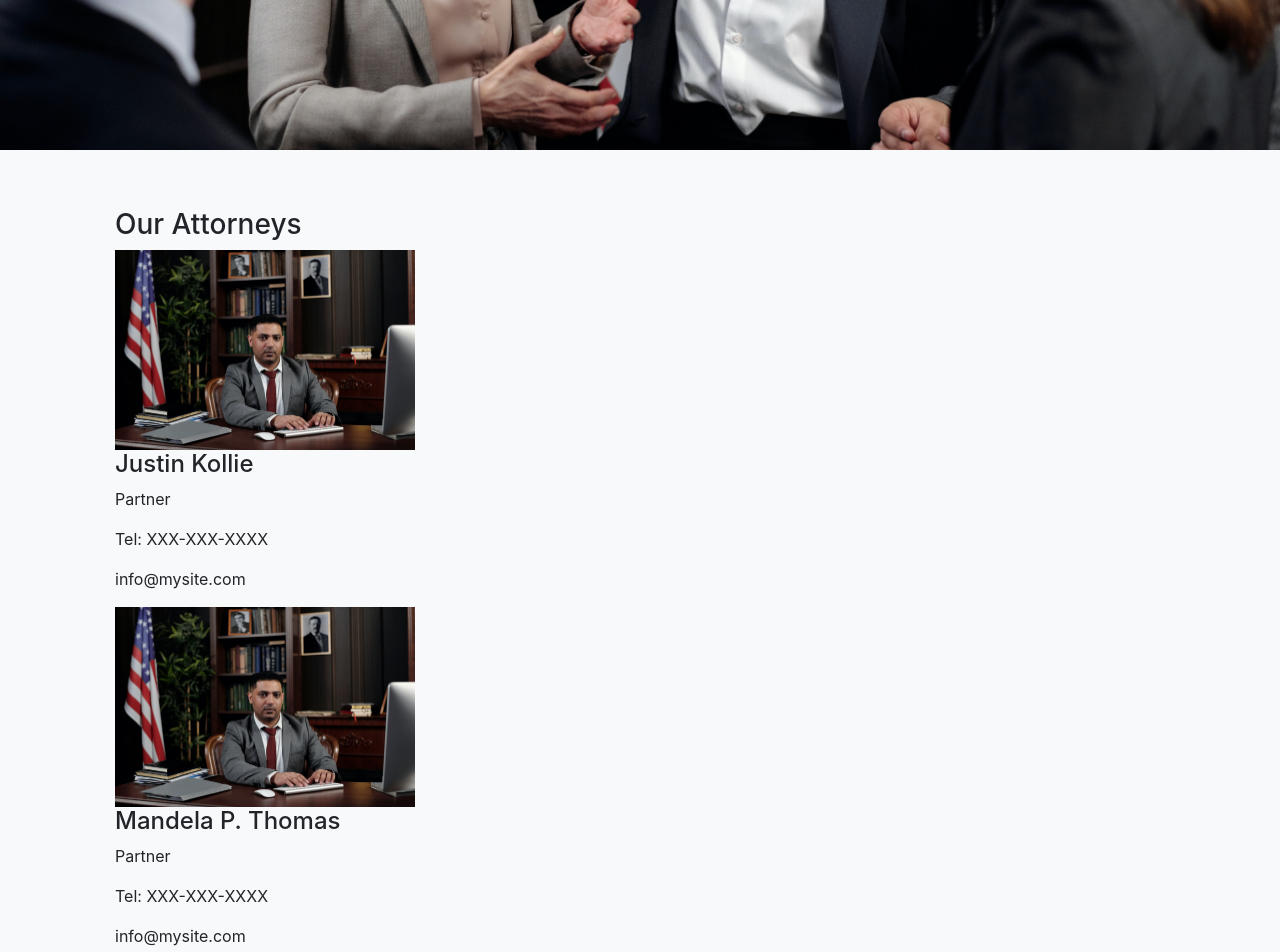
Repository: just-mann/kolllie-kolliellp
Page: index.html
The author's editor kept a copy of each file at every save. The page is drawn from the files as they stood at one save, then again after the next save.
The browser window is 1280 px wide. The pictures show the part of the page from y = 2422 to 3374 px (the page is 5482 px tall before and 5349 px after).
Backgrounds fixed to the window are drawn as part of the page.

Above is the page before, as saved 2021-06-02 05:23:47.

### index.html
<!DOCTYPE html>
<html lang="en">
<head>
    <meta charset="UTF-8">
    <meta name="viewport" content="width=device-width, initial-scale=1.0">
    <meta http-equiv="X-UA-Compatible" content="ie=edge">
    <meta name="Description" content="Enter your description here"/>
    <!-- Font Awesome Icons -->
    <link rel="stylesheet" href="https://cdnjs.cloudflare.com/ajax/libs/font-awesome/5.15.3/css/all.min.css" referrerpolicy="no-referrer" />
    <link rel="stylesheet" href="https://cdnjs.cloudflare.com/ajax/libs/twitter-bootstrap/4.6.0/css/bootstrap.min.css">
    <link rel="stylesheet" href="https://cdnjs.cloudflare.com/ajax/libs/font-awesome/5.15.2/css/all.min.css">
    <link rel="stylesheet" href="assets/css/utilities.css">
    <link rel="stylesheet" href="assets/css/style.css">
    <title>Kollie & Thomas LLP</title>
</head>
<body>
    <nav class="myNavbar px-2 bg-light shadow">
        <div class="myContainer">
            <a href="#" class="myLogo"><h3>Kollie & Thomas LLP</h3></a>
            <div class="links">
                <a href="#">Home</a>
                <a href="#practiceArea">Practice Areas</a>
                <a href="#ourVision">Our Vision</a>
                <a href="#ourAttorneys">Attorneys</a>
                <a href="#contact">Contact</a>
            </div>
            <i class="fas fa-bars fa-1x toggleBar"></i>
        </div>
    </nav>
    <section class="heroSection">
        <div class="myContainer">
            <h3><span>Boutique</span>Law Firm</h3>
            <p>Specializing in Commercial Law & Litigation, Insolvency & Fraud</p>
        </div>
    </section>
    <section class="practiceArea py-5 px-4 bg-light" id="practiceArea">
        <div class="myContainer py-5">
            <div class="practiceArreaDiv p-4">
                <div class="left__side px-3 py-4">
                    <h3><span>Practice</span> Areas</h3>
                </div>
                <div class="right__side px-3 py-4">
                    <ul>
                        <div class="left px-3">
                            <li><h4>Litigation</h4></li>
                            <p>Lorem ipsum dolor sit amet consectetur adipisicing elit. Accusamus cumque iusto quae minima?</p>
                            <li><h4>Insolvency</h4></li>
                            <p>Lorem ipsum dolor sit amet consectetur adipisicing elit. Accusamus cumque iusto quae minima?</p>
                            <li><h4>Dispute Resolution</h4></li>
                            <p>Lorem ipsum dolor sit amet consectetur adipisicing elit. Accusamus cumque iusto quae minima?</p>
                        </div>
                        <div class="right px-3">
                            <li><h4>Business</h4></li>
                            <p>Lorem ipsum dolor sit amet consectetur adipisicing elit. Accusamus cumque iusto quae minima?</p>
                            <li><h4>Fraud</h4></li>
                            <p>Lorem ipsum dolor sit amet consectetur adipisicing elit. Accusamus cumque iusto quae minima?</p>
                            <li><h4>Tax</h4></li>
                            <p>Lorem ipsum dolor sit amet consectetur adipisicing elit. Accusamus cumque iusto quae minima?</p>
                        </div>
                    </ul>
                </div>
            </div>
        </div>
    </section>
    <section class="ourVision px-4 py-5" id="ourVision">
        <div class="myContainer">
            <div class="ourVisionDiv py-5">
                <h3>Our Mission</h3>
                <div>
                    <p>Lorem, ipsum dolor sit amet consectetur adipisicing elit. Deleniti, libero. Voluptatem laboriosam ipsum esse sint deserunt laudantium accusamus nam veniam ad? A deserunt nostrum rerum?</p>
                </div>
                <div>
                    <p>Lorem, ipsum dolor sit amet consectetur adipisicing elit. Deleniti, libero. Voluptatem laboriosam ipsum esse sint deserunt laudantium accusamus nam veniam ad? A deserunt nostrum rerum?</p>
                </div>
                <div>
                    <p>Lorem, ipsum dolor sit amet consectetur adipisicing elit. Deleniti, libero. Voluptatem laboriosam ipsum esse sint deserunt laudantium accusamus nam veniam ad? A deserunt nostrum rerum?</p>
                </div>
            </div>
        </div>
    </section>
    <div class="parallaxImg">
        <!-- <img src="./assets/images/heroImage.jpg" alt="parallaxImg"> -->
    </div>
    <section class="ourAttorneys py-5 bg-light" id="ourAttorneys">
        <div class="myContainer">
            <h3>Our Attorneys</h3>
            <div class="attorneysDiv mx-auto">
                <div class="attCard">
                    <img src="./assets/images/attrny1.jpg" alt="att1">
                    <div class="firstDiv">
                        <h4>Justin Kollie</h4>
                        <p>Partner</p>
                    </div>
                    <div class="secondDiv">
                        <p>Tel: XXX-XXX-XXXX</p>
                        <p>info@mysite.com</p>
                    </div>
                </div>
                <div class="attCard">
                    <img src="./assets/images/attrny1.jpg" alt="att1">
                    <div class="firstDiv">
                        <h4>Mandela P. Thomas</h4>
                        <p>Partner</p>
                    </div>
                    <div class="secondDiv">
                        <p>Tel: XXX-XXX-XXXX</p>
                        <p>info@mysite.com</p>
                    </div>
                </div>
                <div class="attCard">
                    <img src="./assets/images/attrny2.jpg" alt="att2">
                    <div class="firstDiv">
                        <h4>Attrn. Name</h4>
                        <p>Position</p>
                    </div>
                    <div class="secondDiv">
                        <p>Tel: XXX-XXX-XXXX</p>
                        <p>info@mysite.com</p>
                    </div>
                </div>
                <div class="attCard">
                    <img src="/assets/images/attrny3.jpg" alt="att3">
                    <div class="firstDiv">
                        <h4>Attrn. Name</h4>
                        <p>Position</p>
                    </div>
                    <div class="secondDiv">
                        <p>Tel: XXX-XXX-XXXX</p>
                        <p>info@mysite.com</p>
                    </div>
                </div>
            </div>
        </div>
    </section>
    <section class="contact py-5" id="contact">
        <div class="myContainer">
            <div class="contactDiv">
                <div class="left__side">
                    <h3>Contact Us</h3>
                </div>
                <div class="right__side">
                    <h4 class=><span>Our</span> Address</h4>
                    <div class="addressDiv">
                        <p>500 Terry Francois St. San Francisco, CA 94158</p>
                        <p>Email: info@mysite.com</p>
                        <p>Tel:  123-456-7890</p>
                    </div>
                    <div class="clickToFind my-4 py-4">
                        <a href="#">Click Here to Find Us</a>
                    </div>
                    <form action="">
                        <div class="left__side">
                            <div>
                                <label for="firstName">First Name *</label>
                                <input type="text" name="firstName" required>
                            </div>
                            <div>
                                <label for="lastName">Last Name *</label>
                                <input type="text" name="lastName" required>
                            </div>
                            <div>
                                <label for="email">Email *</label>
                                <input type="email" name="name" required>
                            </div>
                            <div>
                                <label for="subject">Subject *</label>
                                <input type="text" name="subject" required>
                            </div>
                        </div>
                        <!-- <div class="right__side"> -->
                            <label for="message" class="messageLabel">Message *</label>
                            <textarea name="message" id="message" cols="30" rows="10" required></textarea>
                        <!-- </div> -->
                        <div class="my-4">
                            <input type="submit" value="Send">
                        </div>
                    </form>
                </div>
            </div>
        </div>
    </section>
    <section class="backUpTop bg-dark text-center p-4">
        <div class="myContainer">
            <i class="fas fa-angle-double-up fa-2x text-light"></i>
        </div>
    </section>
    <footer class="footer">
        <div class="myContainer">
            <p>© 2021 Kollie & Thomas LLP. Proudly created by Justin Kollie</p>
        </div>
    </footer>
    <!-- Optional Scripts -->
    <script src="assets/scripts/myScript.js"></script>
    <script src="https://cdnjs.cloudflare.com/ajax/libs/jquery/3.5.1/jquery.slim.min.js"></script>
    <script src="https://cdnjs.cloudflare.com/ajax/libs/popper.js/1.16.1/umd/popper.min.js"></script>
    <script src="https://cdnjs.cloudflare.com/ajax/libs/twitter-bootstrap/4.6.0/js/bootstrap.min.js"></script>
</body>
</html>

### assets/css/utilities.css
:root {
    --primaryColor: #274f9bf3;
}

a {
    text-decoration: none;
}

a:hover {
    text-decoration: none;
}

ul li {
    list-style-type: square;
}

.myContainer {
    max-width: 1100px;
    margin: 0 auto;
    padding: 10px 25px;
}

### assets/css/style.css
* {
    padding: 0;
    margin: 0;
    box-sizing: border-box;
}

html {
    scroll-behavior: smooth;
}



/* Navbar */
.myNavbar {
    padding: 15px 0px;
    background-color: #ece6e6;
    position: sticky;
    top: 0;
    left: 0;
    width: 100%;
    z-index: 100;
}

.myNavbar .myContainer {
    display: flex;
    justify-content: space-between;
    align-items: center;
}

.myNavbar .myContainer .myLogo h3 {
    font-size: 1.5em;
}

.myNavbar .myContainer .links {
    display: flex;
    justify-content: center;
    align-items: center;
}

.toggleBar {
    font-size: 1.6em;
    display: none;
    transition: cursor 0.6s;
}

.toggleBar:hover {
    cursor: pointer;
}

.ourVision {
    background-color: #2f6d91da;
    color: white;
    /* padding: 30px 10px; */
}

.ourVisionDiv h3 {
    font-weight: 400;
    font-size: 2.6rem;
    text-align: left;
    margin-bottom: 25px;
    /* margin: 40px auto; */
}

.ourVisionDiv p {
    font-weight:300;
    font-size: 1.2rem;
    line-height: 2rem;
}

.parallaxImg {
    background-image: url('../images/parallaxImg.jpg');
    min-height: 500px;
    background-attachment: fixed;
    background-position: center;
    background-origin: center;
    background-repeat: no-repeat;
    background-size: cover;
}

.parallaxImg img {
    width: 100%;
}

.contact {
    position: relative;
    background: url('../images/contactBgImage.jpg') no-repeat center center / cover;
}

.contact::before {
    content: "";
    position: absolute;
    top: 0;
    left: 0;
    background: #2f6d91da;
    width: 100%;
    height: 100%;
}

.contact .myContainer * {
    display: flex;
    flex-direction: column;
    justify-content: center;
    align-items: flex-start;
    width: 100%;
    z-index: 50;
}

.contactDiv .left__side h3 {
    font-weight: 500;
    color: white;
}

.contactDiv .right__side h4 {
    font-weight: 300;
    color: white;
}

.contactDiv .right__side h4 span {
    font-weight: 600;
}

.contactDiv .right__side .addressDiv p {
    font-size: 1rem;
    font-weight: 400;
    margin: 5px 0px;
    color: white;
}

.contactDiv .right__side .clickToFind a {
    text-decoration: underline;
    font-size: 1.4rem;
    color: white;
}

form label {
    color: white;
    font-size: 1.3rem;
}

.backUpTop .myContainer i {
    font-weight: 600;
}

.backUpTop .myContainer i:hover {
    cursor: pointer;
}

input[type="submit"] {
    width: 100%;
    background-color: transparent;
    border: 2px solid white;
    border-radius: 5px;
    font-weight: 500;
    letter-spacing: 1px;
    display: flex;
    padding: 10px;
    color: white;
    justify-content: center;
    text-align: center;
}

form div input, textarea {
    border: 3px solid #223755;
    border-radius: 3px;
    padding: 5px 10px;
}

/* Non mobile */
.myNavbar .myContainer .links a {
    padding: 0px 10px;
    font-size: 16px;
    font-weight: 400;
    text-transform: uppercase;
}

/* Desktop Scree Size Starts */
@media screen and (min-width: 900px) {
    .heroSection {
        position: relative;
        background-image: url('../images/heroImage.jpg');
        min-height: 500px;
        background-attachment: fixed;
        background-position: center;
        background-origin: center;
        background-repeat: no-repeat;
        background-size: cover;
        height: 85vh;
        display: flex;
        justify-content: start;
        align-items: left;
        /* background-color: #ffffff;
        background: url('../images/heroImage.jpg') no-repeat center center / cover; */
    }

    .heroSection .myContainer {
        display: flex;
        flex-direction: column;
        width: 100%;
        align-items: start;
        z-index: 50;
        padding: 10px 50px;
        background-attachment: fixed;
    }

    .heroSection::before {
        position: absolute;
        content: "";
        top: 0;
        left: 0;
        background: rgba(47, 109, 145, 0.78);
        width: 40%;
        height: 100%;
        z-index: 0;
    }

    .heroSection .myContainer h3 span {
        color: white;
        font-size: 3rem;
        font-weight: 600;
        margin: 10px 0px;
        text-transform: uppercase;
        display: block;
    }

    .heroSection .myContainer h3 {
        color: white;
        font-size: 2rem;
        font-weight: 300;
        margin-top: 180px;
        text-transform: uppercase;
    }

    .heroSection .myContainer p {
        color: white;
        max-width: 320px;
        margin: 15px 0px;
        font-size: 1.4rem;
    }

    .practiceArea .myContainer .practiceArreaDiv {
        display: grid;
        grid-template-columns: 1fr 2fr;
        gap: 30px;
    }

    .practiceArreaDiv .right__side ul {
        display: grid;
        grid-template-columns: 1fr 1fr;
        gap: 25px;
    }

    .ourVision .myContainer .ourVisionDiv h3 {
        text-align: center;
    }

    .ourVision .myContainer .ourVisionDiv div {
        max-width: 650px;
        margin: 0 auto;
        text-align: center;
    }

    .ourAttorneys .myContainer .attorneysDiv .attCard {
        width: 300px;
    }

    .ourAttorneys .myContainer .attorneysDiv .attCard img {
        width: 100%;
    }

}


/* Desktop Screen Size Ends */


/* Responsive */
@media screen and (max-width: 900px) {
    .myNavbar .myContainer .links {
        display: none;
    }

    .toggleBar {
        display: block;
    }

    .heroSection {
        position: relative;
        height: 75vh;
        display: flex;
        justify-content: center;
        align-items: center;
        background-color: #ffffff;
        background: url('../images/heroImage.jpg') no-repeat center center / cover;
    }

    .heroSection .myContainer {
        display: flex;
        flex-direction: column;
        justify-content: center;
        align-items: start;
        z-index: 50;
    }

    .heroSection::before {
        position: absolute;
        content: "";
        top: 50;
        /* bottom: 40; */
        right: 0;
        background: rgba(47, 109, 145, 0.78);
        width: 95%;
        height: 70%;
        z-index: 0;
    }

    .heroSection .myContainer h3 span {
        color: white;
        font-size: 3rem;
        font-weight: 600;
        margin: 10px 0px;
        text-transform: uppercase;
        display: block;
    }

    .heroSection .myContainer h3 {
        color: white;
        font-size: 2rem;
        font-weight: 300;
        text-transform: uppercase;
    }

    .heroSection .myContainer p {
        color: white;
        max-width: 320px;
        margin: 15px 0px;
        font-size: 1.4rem;
    }

    .practiceArreaDiv .left__side h3 span {
        font-size: 2.5rem;
        text-transform: uppercase;
        display: block;
        font-weight: 600;
        margin: 5px 0px;
    }

    .left__side h3 {
        font-size: 2.4rem;
        text-transform: uppercase;
        font-weight: 300;
    }

    .right__side {
        padding: 30px 10px;
        /* background-color: white; */
    }

    .parallaxImg {
        background-image: url('../images/parallaxImg.jpg');
        min-height: 500px;
        background-attachment: scroll;
        background-position: center;
        background-repeat: no-repeat;
        background-size: cover;
    }

    .attorneysDiv {
        grid-template-columns: 1fr;
        width: 100%;
        margin: 0 auto;
    }

    .ourAttorneys .myContainer h3 {
        text-align: center;
        font-size: 2.8em;
        font-weight: 350;
        margin-bottom: 25px;
    }

    .attCard {
        width: 100%;
        padding: 0px 20px;
        margin: 0px auto 35px auto;
        /* text-align: center; */
    }

    .attCard img {
        min-height: 200px;
        width: 100%;
    }

    .attCard .firstDiv {
        padding: 10px 0px 0px 0px;
        text-align: center;
        border-bottom: 2px solid #6991ac9d;
    }

    .secondDiv {
        text-align: center;
        padding: 5px 0px;
    }

    form {
        /* background: pink; */
        max-width: 100%;
    }

    form div {
        margin: 7px 0px;
        /* padding: 0px 5px; */
        max-width: 100%;
    }

    form label {
        display: block;
        color: white;
    }

    form input {
        width: 100%;
    }

    form input {
        padding: 5px 10px;
    }

    form .right__side textarea {
        width: 100%;
        padding: 5px 10px;
    }




}

### assets/scripts/myScript.js
console.log('It works');

After the next save:
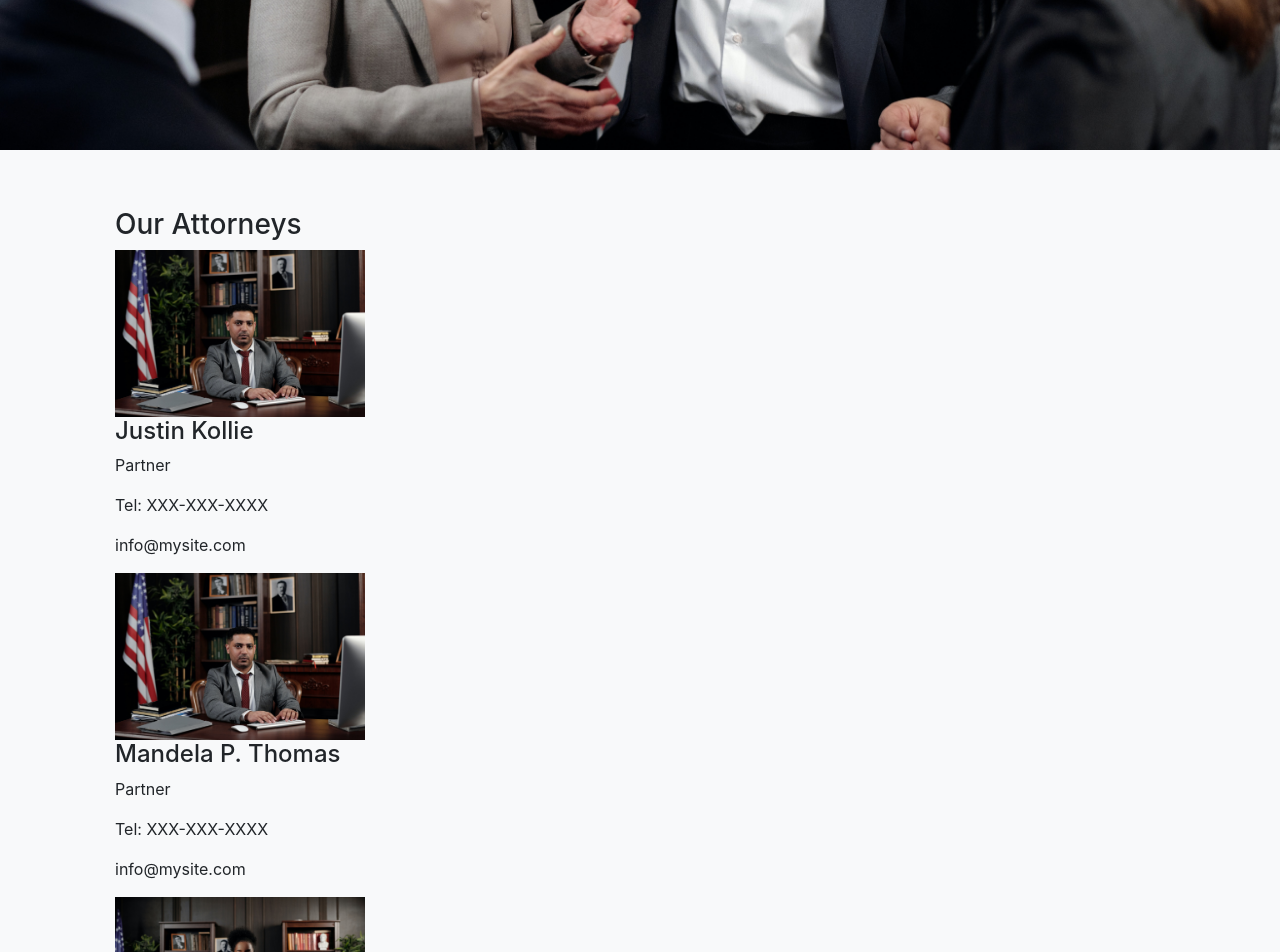
Saved 11 s later.
--- a/assets/css/style.css
+++ b/assets/css/style.css
@@ -260,7 +260,7 @@ form div input, textarea {
     }
 
     .ourAttorneys .myContainer .attorneysDiv .attCard {
-        width: 300px;
+        width: 250px;
     }
 
     .ourAttorneys .myContainer .attorneysDiv .attCard img {
